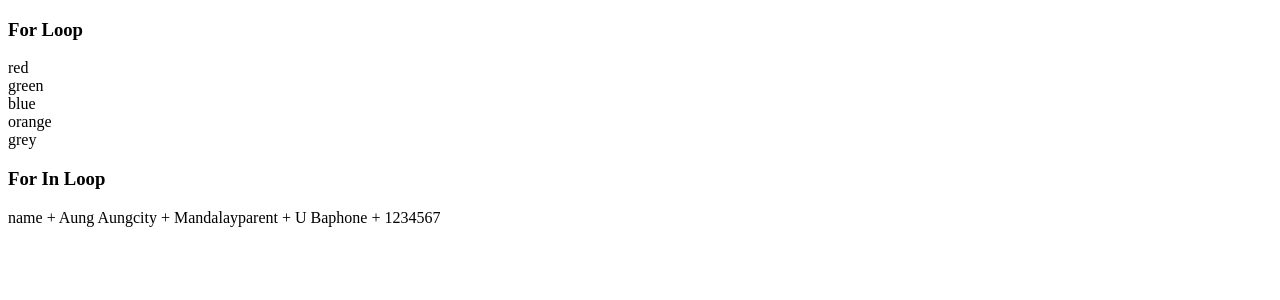
Repository: hsumyatm7308/es6batch1
Page: l3iteration.html
The author's editor kept a copy of each file at every save. The page is drawn from the files as they stood at one save, then again after the next save.
The browser window is 1280 px wide. The pictures show the whole page.

Above is the page before, as saved 2023-12-03 21:12:37.

After the next save:
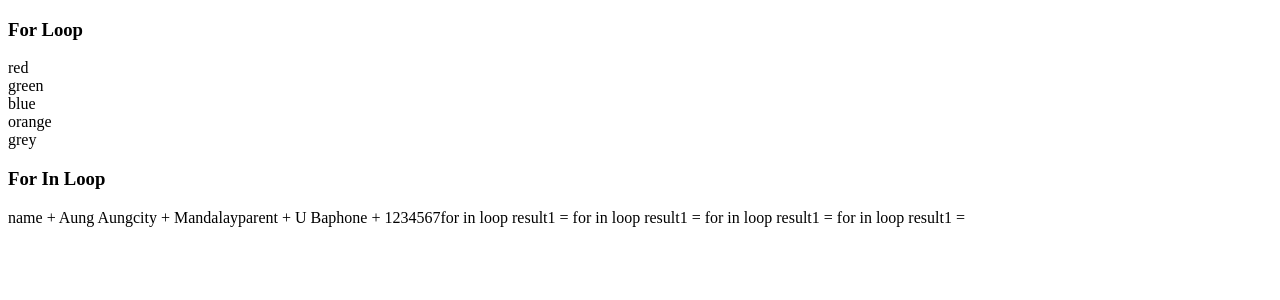
Saved 6 min 28 s later.
--- a/l3iteration.html
+++ b/l3iteration.html
@@ -56,6 +56,10 @@
             document.write(`${key} + ${customers[key]}`)
         }
 
+        const ourteam = ["kayw kyaw","aung aung","maung maung","kaung kaung"];
+        for(idx in ourteam){
+            document.write("for in loop result1 = ")
+        }
     </script>
 
 </body>
